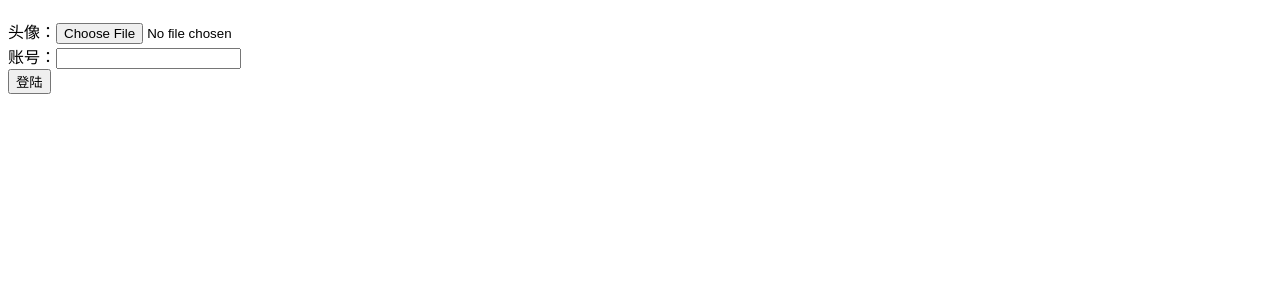
Repository: ocxz/spring
Page: http://localhost/91.SpringMVC_upload/
These files come from the project's save history. The page is drawn as it stood at one moment and after the next save; the edit follows.
The browser window is 1280 px wide. The pictures show the whole page.
The page is served by Tomcat 9. Other server files are loaded and not shown.

Above is the page before, as saved 2019-12-09 03:52:17.

### Spring/代码/91.SpringMVC_upload/src/main/webapp/index.jsp
<%@ page language="java" contentType="text/html; charset=UTF-8"
    pageEncoding="UTF-8"%>
<!DOCTYPE html>
<html>
<head>
<meta charset="UTF-8">
<title>Insert title here</title>
</head>
<body>
	<% pageContext.setAttribute("ctp", request.getContextPath()); %>
	<h3>${msg }</h3>
	<form action="fileUpload" method="post" enctype="multipart/form-data">
		头像：<input type="file" name="himage"> <br/>
		账号：<input type="text" name="username"> <br/>
		<input type="submit" value="登陆">
	</form>
</body>
</html>

After the next save:
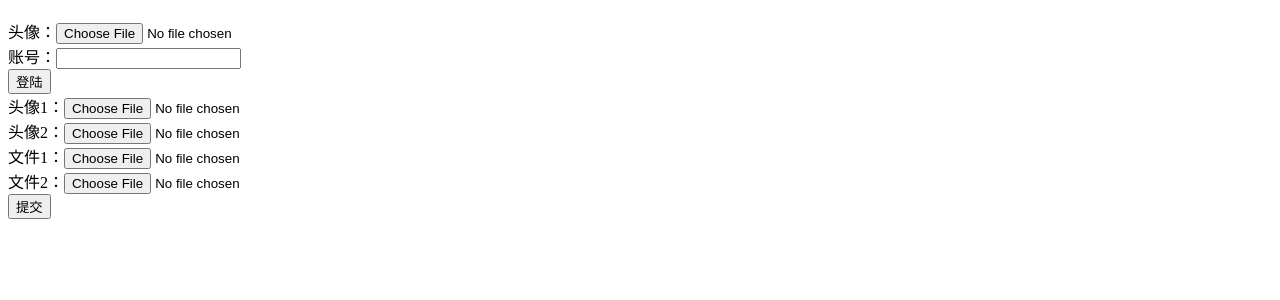
Saved 2 min 11 s later.
--- a/Spring/代码/91.SpringMVC_upload/src/main/webapp/index.jsp
+++ b/Spring/代码/91.SpringMVC_upload/src/main/webapp/index.jsp
@@ -14,5 +14,13 @@
 		账号：<input type="text" name="username"> <br/>
 		<input type="submit" value="登陆">
 	</form>
+
+		<form action="fileUploads" method="post" enctype="multipart/form-data">
+		头像1：<input type="file" name="files"> <br/>
+		头像2：<input type="file" name="files"> <br/>
+		文件1：<input type="file" name="file1"> <br/>
+		文件2：<input type="file" name="files2"> <br/>
+		<input type="submit" value="提交">
+	</form>
 </body>
 </html>
